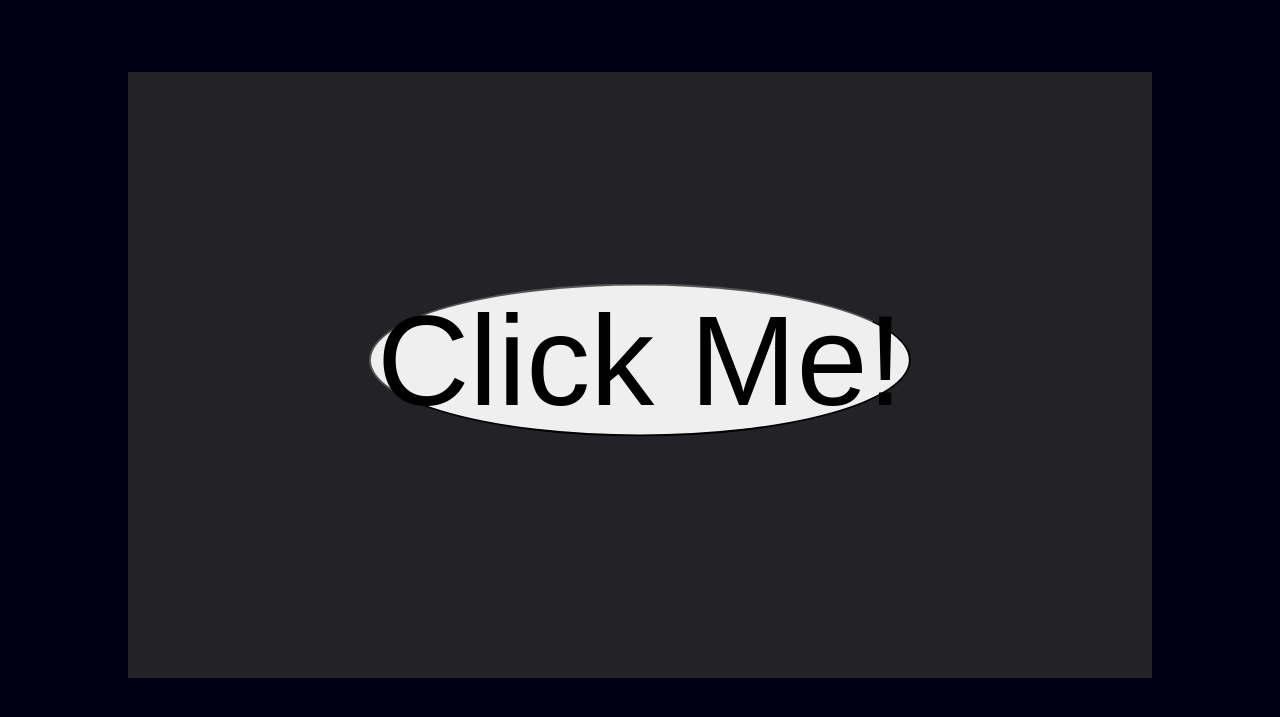
Repository: Francois-QUICODE/CSS-Micro-Projects
Page: Projects/02-Pulsating-Button.html
These files come from the project's save history. The page is drawn as it stood at one moment and after the next save; the edit follows.
The browser window is 1280 px wide. The pictures show the whole page.
Some web fonts or font styles are not loaded; a fallback is used.

Above is the page before, as saved 2020-11-29 14:04:25.

### Projects/02-Pulsating-Button.html
<!DOCTYPE html>
<html lang="fr">
  <head>
    <meta charset="UTF-8" />
    <title>Pulsating Button</title>
  </head>
  <body>
    <div class="container">
      <button class="pulsating-button">Click Me!</button>
      <div class="pulsation"></div>
    </div>
    <style>
      @import url("https://fonts.googleapis.com/css2?family=Alatsi&display=swap");

      body {
        background-color: #000014;
        width: 80vw;
        max-width: 1024px;
        margin: auto;
        color: #e5e1e1;
        padding-top: 10vh;
        font-family: "Alatsi", sans-serif;
      }

      .container {
        background-color: #222227;
        padding: 15px;
        display: flex;
        height: 80vh;
      }

      .pulsating-button,
      .pulsation {
        position: absolute;
        top: 50%;
        left: 50%;
        transform: translate(-50%, -50%);
        border-radius: 50%;
        font-size: 10vw;
      }
    </style>
  </body>
</html>

After the next save:
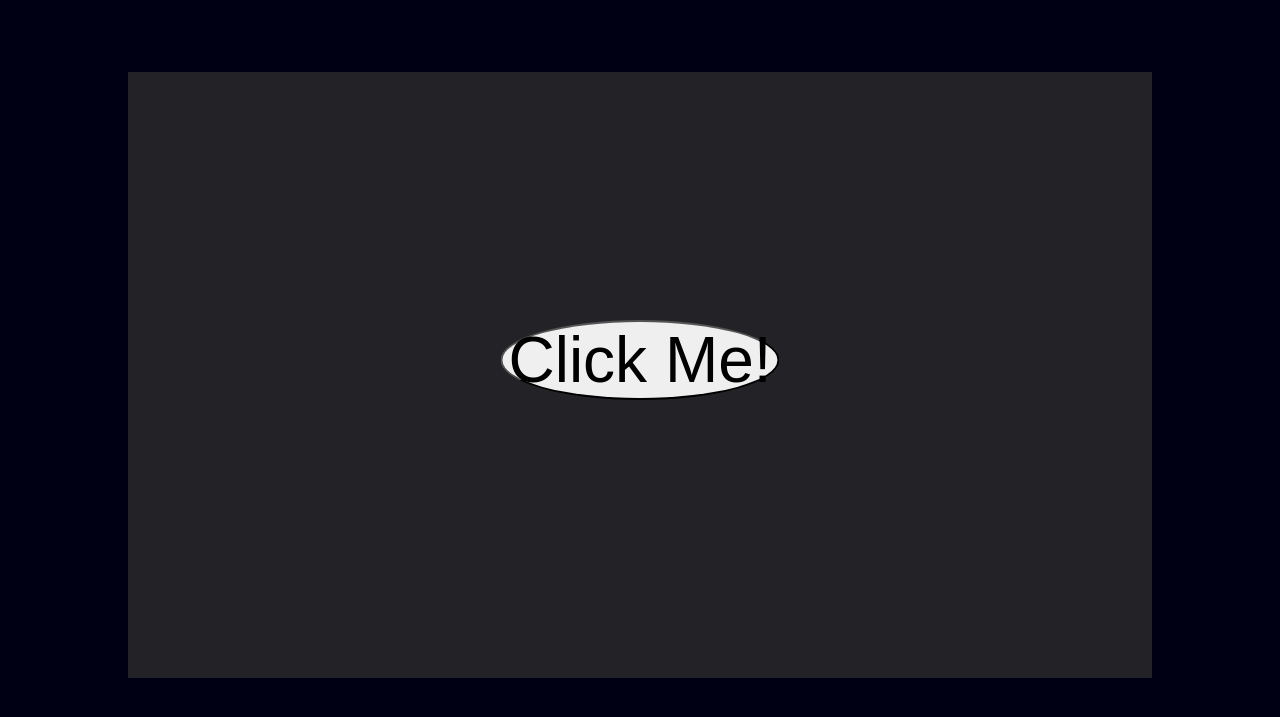
Saved 13 s later.
--- a/Projects/02-Pulsating-Button.html
+++ b/Projects/02-Pulsating-Button.html
@@ -36,7 +36,7 @@
         left: 50%;
         transform: translate(-50%, -50%);
         border-radius: 50%;
-        font-size: 10vw;
+        font-size: 5vw;
       }
     </style>
   </body>
